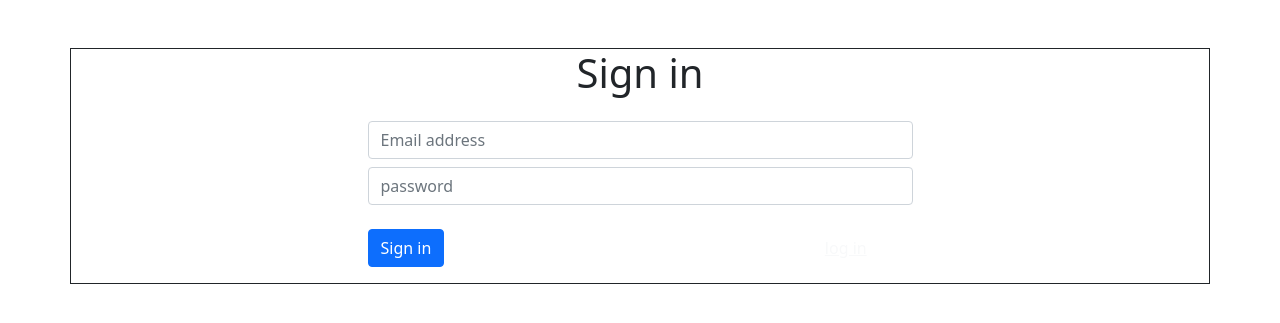
Repository: paresh-art/MyWebsite
Page: http://localhost/com.website/signIn.jsp
The author's editor kept a copy of each file at every save. The page is drawn from the files as they stood at one save, then again after the next save.
The browser window is 1280 px wide. The pictures show the whole page.
The page is served by Tomcat 9. Other server files are loaded and not shown.

Above is the page before, as saved 2022-11-08 08:47:32.

### com.website/src/main/webapp/signIn.jsp
<%@ page language="java" contentType="text/html; charset=UTF-8"
	pageEncoding="UTF-8"%>
<!DOCTYPE html>
<html>
<head>
<meta charset="UTF-8">
<!-- Required meta tags -->
<meta charset="utf-8">
<meta name="viewport" content="width=device-width, initial-scale=1">
<!-- Bootstrap CSS -->
<link
	href="https://cdn.jsdelivr.net/npm/bootstrap@5.0.2/dist/css/bootstrap.min.css"
	rel="stylesheet"
	integrity="sha384-EVSTQN3/azprG1Anm3QDgpJLIm9Nao0Yz1ztcQTwFspd3yD65VohhpuuCOmLASjC"
	crossorigin="anonymous">

<title>Sign in Page</title>
</head>
<body>
	<div class="container mt-5 border border-dark">
		<h1 class="mx-auto text-center">Sign in</h1>
		<form action="home.jsp" class="mt-4" method="post">
			<div class="row">
				<div class="col-lg-6 col-md-8 col-sm-12 mx-auto text-light">
					<input type="text" class="form-control" placeholder="Email address"
						name="email">
				</div>
			</div>

			<div class="row mt-2">
				<div class="col-lg-6 col-md-8 col-sm-12 mx-auto text-light">
					<input type="password" class="form-control" placeholder="password"
						name="password">
				</div>
			</div>
			<br>
			<div class="row mb-3">
				<div class="col-lg-6 col-md-8 col-sm-12 mx-auto text-light">
					<button class="btn btn-primary " type="submit">Sign in</button>
					<button type="button" class="btn btn-link offset-8 text-light">log
						in</button>
				</div>

			</div>
		</form>
	</div>

<!-- Optional JavaScript; choose one of the two! -->

	<!-- Option 1: Bootstrap Bundle with Popper -->
	<script
		src="https://cdn.jsdelivr.net/npm/bootstrap@5.0.2/dist/js/bootstrap.bundle.min.js"
		integrity="sha384-MrcW6ZMFYlzcLA8Nl+NtUVF0sA7MsXsP1UyJoMp4YLEuNSfAP+JcXn/tWtIaxVXM"
		crossorigin="anonymous"></script>

	<!-- Option 2: Separate Popper and Bootstrap JS -->
	<!--
    <script src="https://cdn.jsdelivr.net/npm/@popperjs/core@2.9.2/dist/umd/popper.min.js" integrity="sha384-IQsoLXl5PILFhosVNubq5LC7Qb9DXgDA9i+tQ8Zj3iwWAwPtgFTxbJ8NT4GN1R8p" crossorigin="anonymous"></script>
    <script src="https://cdn.jsdelivr.net/npm/bootstrap@5.0.2/dist/js/bootstrap.min.js" integrity="sha384-cVKIPhGWiC2Al4u+LWgxfKTRIcfu0JTxR+EQDz/bgldoEyl4H0zUF0QKbrJ0EcQF" crossorigin="anonymous"></script>
    -->



</body>
</html>

After the next save:
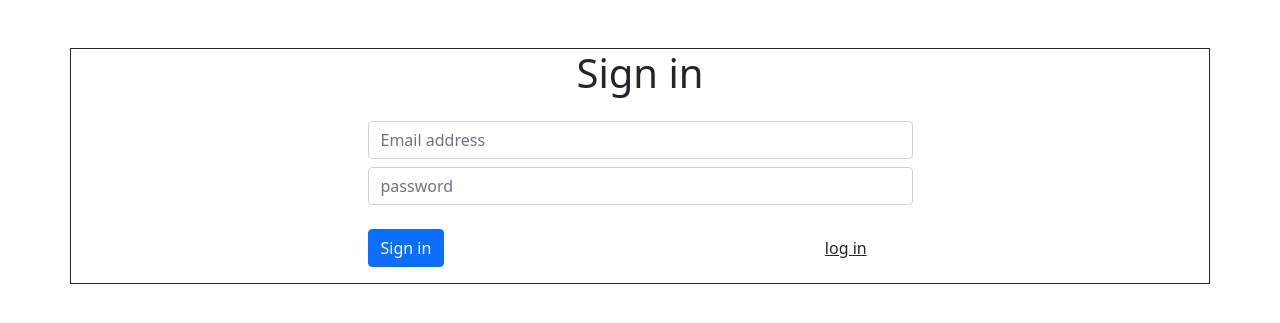
Saved 17 s later.
--- a/com.website/src/main/webapp/signIn.jsp
+++ b/com.website/src/main/webapp/signIn.jsp
@@ -37,7 +37,7 @@
 			<div class="row mb-3">
 				<div class="col-lg-6 col-md-8 col-sm-12 mx-auto text-light">
 					<button class="btn btn-primary " type="submit">Sign in</button>
-					<button type="button" class="btn btn-link offset-8 text-light">log
+					<button type="button" class="btn btn-link offset-8 text-dark">log
 						in</button>
 				</div>
 
